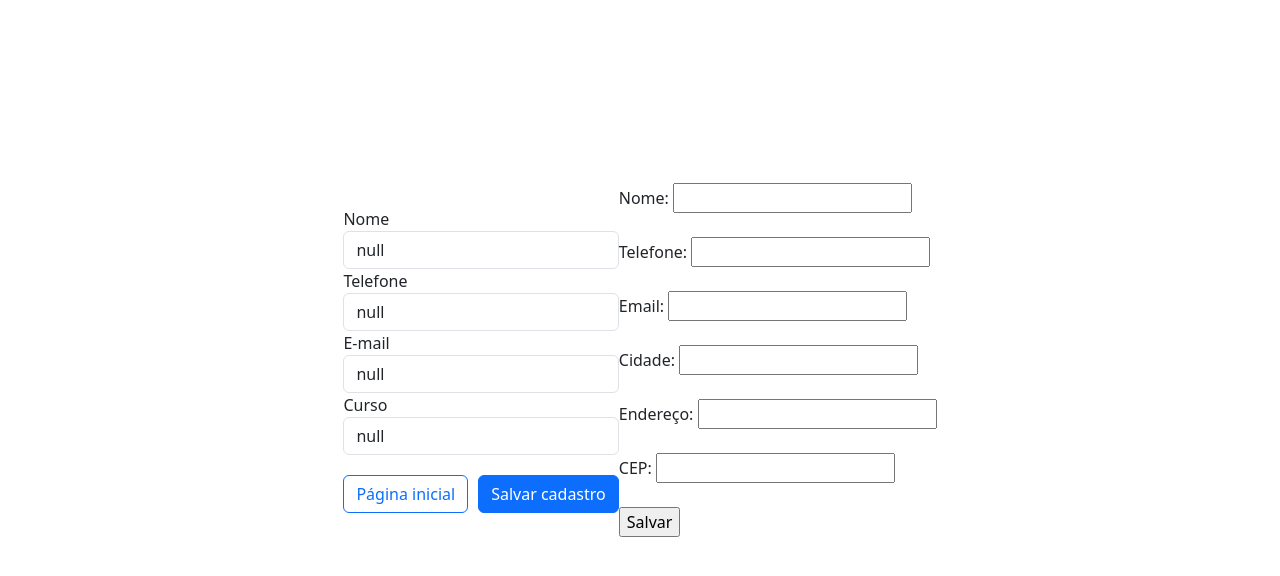
Repository: juliatbarbosa/CRUD-ALUNOS
Page: http://localhost/OlaMundo/alunos/cadastrobean/formulario.jsp
These files come from the project's save history. The page is drawn as it stood at one moment and after a run of saves; the edit follows.
The browser window is 1280 px wide. The pictures show the whole page.
The page is served by Tomcat 9. Queries for data that is not in the repository find no rows.

Above is the page before, as saved 2024-09-30 01:54:52.

### OlaMundo/src/main/webapp/alunos/cadastrobean/formulario.jsp
<%@ page language="java" contentType="text/html; charset=UTF-8"
    pageEncoding="UTF-8"%>
<!DOCTYPE html>

<html>
<head>
<meta charset="UTF-8">

<title>Formulário</title>
<link href="https://cdn.jsdelivr.net/npm/bootstrap@5.3.3/dist/css/bootstrap.min.css" rel="stylesheet" integrity="sha384-QWTKZyjpPEjISv5WaRU9OFeRpok6YctnYmDr5pNlyT2bRjXh0JMhjY6hW+ALEwIH" crossorigin="anonymous">
<link href="https://cdn.jsdelivr.net/npm/bootstrap-icons/font/bootstrap-icons.css" rel="stylesheet">

<style>

	body {
		display: flex;
		justify-content: center;
		align-items: center;
		height: 100vh;

	}
	.conteudoTela {
		width: 550px;
		background-color: white;
	padding: 20px;
	border-radius: 10px;
	box-shadow: 0 2px 6px 0px rgba(0, 0, 0, 0.15);


	}
	h1 {
		text-align:center;
		margin-bottom: 20px;
		font-size: 32px;
	}

	.botoes {
	display: flex;
	justify-content: end;
	align-items: center;
	gap:10px;
	margin-top:20px;
	}

</style>
</head>
<body>

	<jsp:useBean id="a" class="org.alunos.Aluno" scope="page"/>
	<jsp:useBean id="adao" class="org.alunos.AlunoDAO" scope="page"/>
	<jsp:setProperty property="*" name="a"/>
	${a = adao.consultar(a.idaluno)}

	<form action="gravar.jsp" method="post">
			  <input type="hidden" name="idaluno" value="${a.idaluno}">
			  <div class="form-group">
			    <label for="inputNome">Nome</label>
			    <input type="text" class="form-control" id="inputNome" name="nome" placeholder="Digite o nome" value="<%= a.getNome() %>" required>
			  </div>
			  <div class="form-group">
			    <label for="inputTelefone">Telefone</label>
			    <input type="text" class="form-control" id="inputTelefone" name="telefone" placeholder="Digite o telefone" value="<%= a.getTelefone() %>" required>
			  </div>
			  <div class="form-group">
			    <label for="inputEmail">E-mail</label>
			    <input type="email" class="form-control" id="inputEmail" name="email" placeholder="Digite o e-mail" value="<%= a.getEmail() %>" required>
			  </div>
			  <div class="form-group">
			    <label for="inputCurso">Curso</label>
			    <input type="text" class="form-control" id="inputCurso" name="curso" placeholder="Digite o curso" value="<%= a.getCurso() %>" required>
			  </div>
			  <div class="botoes">
				<button type="button" class="btn btn-outline-primary" onclick="window.location.href='index.jsp';">
					Página inicial
				</button>
			  	<button type="submit" class="btn btn-primary">Salvar cadastro</button>

		</div>
		</form>

	<form action="gravar.jsp" method="post">
		<input type="hidden" name="idpessoa" value="${p.idpessoa}">
		Nome:
		<input type="text" name="nome" value="${p.nome}"/>
		<br/><br/>
		Telefone:
		<input type="text" name="telefone" value="${p.telefone}"/>
		<br/><br/>
		Email:
		<input type="text" name="email" value="${p.email}"/>
		<br/><br/>
		Cidade:
		<input type="text" name="cidade" value="${p.cidade}"/>
		<br/><br/>
		Endereço:
		<input type="text" name="endereco" value="${p.endereco}"/>
		<br/><br/>
		CEP:
		<input type="text" name="cep" value="${p.cep}"/>
		<br/><br/>
		<input type="submit" value="Salvar">
	</form>

</body>
</html>

### OlaMundo/src/main/java/org/alunos/Aluno.java
package org.alunos;

public class Aluno {

	private int idaluno;
	private String nome;
	private String telefone;
	private String email;
	private String curso;

	public int getIdaluno() {
		return idaluno;
	}

	public void setIdaluno(int idaluno) {
		this.idaluno = idaluno;
	}

	public String getNome() {
		return nome;
	}

	public void setNome(String nome) {
		this.nome = nome;
	}

	public String getTelefone() {
		return telefone;
	}

	public void setTelefone(String telefone) {
		this.telefone = telefone;
	}

	public String getEmail() {
		return email;
	}

	public void setEmail(String email) {
		this.email = email;
	}

	public String getCurso() {
		return curso;
	}

	public void setCurso(String curso) {
		this.curso = curso;
	}

	public String toString() {
		return "";
	}
}

### OlaMundo/src/main/java/org/alunos/AlunoDAO.java
package org.alunos;

import java.sql.PreparedStatement;
import java.sql.ResultSet;
import java.sql.Statement;
import java.util.LinkedList;
public class AlunoDAO {

	public void salvar(Aluno a) {
		if (a.getIdaluno() > 0) {
			alterar(a);
		} else {
			inserir(a);
		}
	}

	public void criarTabela() {
	    Conexao con = new Conexao();
	    try {
	        String sql = "CREATE TABLE IF NOT EXISTS aluno ("
	                + "idaluno INT PRIMARY KEY AUTO_INCREMENT,"
	                + "`nome` TEXT,"
	                + "telefone TEXT,"
	                + "email TEXT,"
	                + "curso TEXT)";
	        PreparedStatement prep = con.getConnection().prepareStatement(sql);
	        prep.execute();
	    } catch (Exception e) {
	        e.printStackTrace();
	    } finally {
	        con.desconecta();
	    }
	}


	public void inserir(Aluno a) {
		//lista.add(p);

		Conexao con = new Conexao();
		try {
			String sql = "INSERT INTO aluno (nome, telefone, email, curso)"
					+ "VALUES (?,?,?,?)";
			PreparedStatement prep = con.getConnection().prepareStatement(sql);
			prep.setString(1, a.getNome());
			prep.setString(2, a.getTelefone());
			prep.setString(3, a.getEmail());
			prep.setString(4, a.getCurso());
			prep.execute();
			} catch (Exception e) {
			e.printStackTrace();
		}

		con.desconecta();
	}

	public LinkedList<Aluno> listar() {
		LinkedList<Aluno> lista = new LinkedList<Aluno>();
		Conexao con = new Conexao();
		try {
			String sql = "SELECT * FROM aluno";
			Statement sta = con.getConnection().createStatement();
			ResultSet res = sta.executeQuery(sql);
			while (res.next()) {
				Aluno a = new Aluno();
				a.setIdaluno(res.getInt("idaluno"));
				a.setNome(res.getString("nome"));
				a.setTelefone(res.getString("telefone"));
				a.setEmail(res.getString("email"));
				a.setCurso(res.getString("curso"));
				lista.add(a);
			}
		} catch (Exception e) {
			e.printStackTrace();
		}

		con.desconecta();
		return lista;
	}

	public void alterar(Aluno a) {
		Conexao con = new Conexao();
		try {
			String sql = "UPDATE aluno SET "
					+ " nome = ?, telefone = ?, "
					+ "email = ?, curso = ?"
					+ "WHERE idaluno = ?";
			PreparedStatement prep = con.getConnection().prepareStatement(sql);
			prep.setString(1, a.getNome());
			prep.setString(2, a.getTelefone());
			prep.setString(3, a.getEmail());
			prep.setString(4, a.getCurso());
			prep.setInt(5, a.getIdaluno());
			prep.execute();
			} catch (Exception e) {
			e.printStackTrace();
		}
		con.desconecta();
	}

	public void excluir(Aluno a) {
		Conexao con = new Conexao();
		try {
			String sql = "DELETE FROM aluno "
					+ "WHERE idaluno = ?";
			PreparedStatement prep = con.getConnection().prepareStatement(sql);
			prep.setInt(1, a.getIdaluno());
			prep.execute();
			} catch (Exception e) {
			e.printStackTrace();
		}
		con.desconecta();
	}

	public Aluno consultar(int id) {
		Aluno a = new Aluno();
		Conexao con = new Conexao();
		try {
			String sql = "SELECT * FROM aluno WHERE idaluno = " + id;
			Statement sta = con.getConnection().createStatement();
			ResultSet res = sta.executeQuery(sql);
			while (res.next()) {
				a.setIdaluno(res.getInt("idaluno"));
				a.setNome(res.getString("nome"));
				a.setTelefone(res.getString("telefone"));
				a.setEmail(res.getString("email"));
				a.setCurso(res.getString("curso"));
			}
		} catch (Exception e) {
			e.printStackTrace();
		}

		con.desconecta();
		return a;
	}

}

### OlaMundo/src/main/java/org/alunos/Conexao.java
package org.alunos;

import java.sql.Connection;
import java.sql.DriverManager;

public class Conexao {
	private Connection connection;

	public Conexao() {
		try {
			Class.forName("com.mysql.cj.jdbc.Driver");
			// abre conexão com o banco de dados
			connection = DriverManager.getConnection("jdbc:mysql://54.91.193.137:3306/"
			+ "libertas5per?verifyServerCertificate=false&useSSL=false", "libertas", "123456");
		} catch (Exception e) {
			e.printStackTrace();
		}
	}

	public void desconecta() {
		try {
			connection.close();
		} catch (Exception e) {
			e.printStackTrace();
		}
	}

	public Connection getConnection() {
		return connection;
	}

	public void setConnection(Connection connection) {
		this.connection = connection;
	}

}

After the next 3 saves:
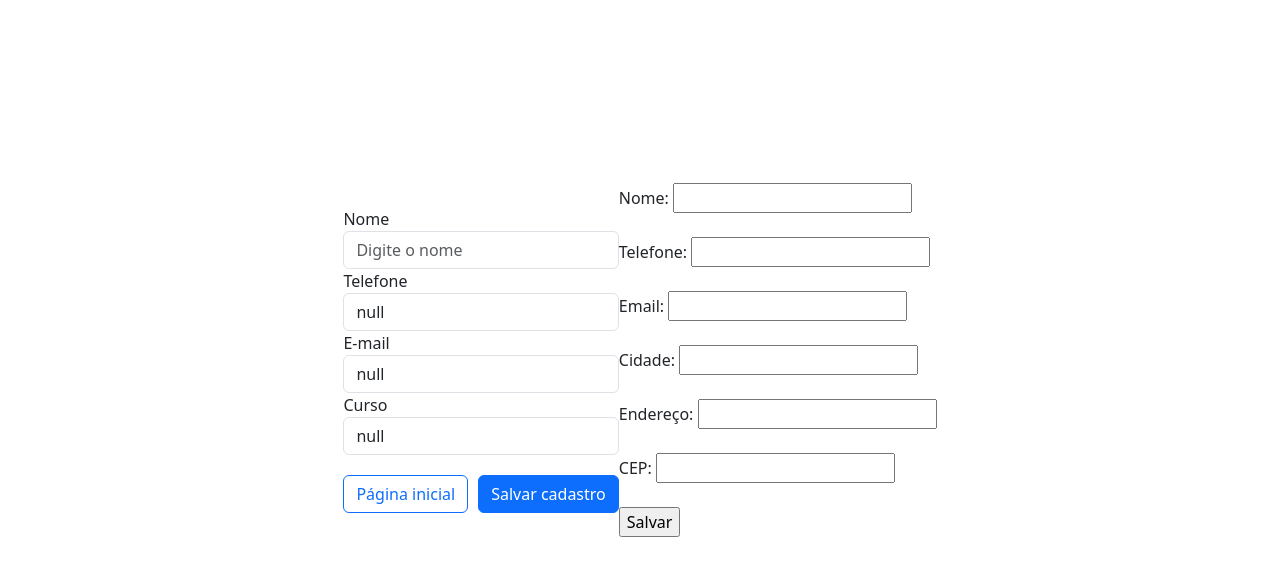
The 3 saves are shown as one change because they came seconds apart.
The last was saved 23 s later.
--- a/OlaMundo/src/main/webapp/alunos/cadastrobean/formulario.jsp
+++ b/OlaMundo/src/main/webapp/alunos/cadastrobean/formulario.jsp
@@ -55,7 +55,7 @@
 			  <input type="hidden" name="idaluno" value="${a.idaluno}">
 			  <div class="form-group">
 			    <label for="inputNome">Nome</label>
-			    <input type="text" class="form-control" id="inputNome" name="nome" placeholder="Digite o nome" value="<%= a.getNome() %>" required>
+			    <input type="text" class="form-control" id="inputNome" name="nome" placeholder="Digite o nome" value="" required>
 			  </div>
 			  <div class="form-group">
 			    <label for="inputTelefone">Telefone</label>
